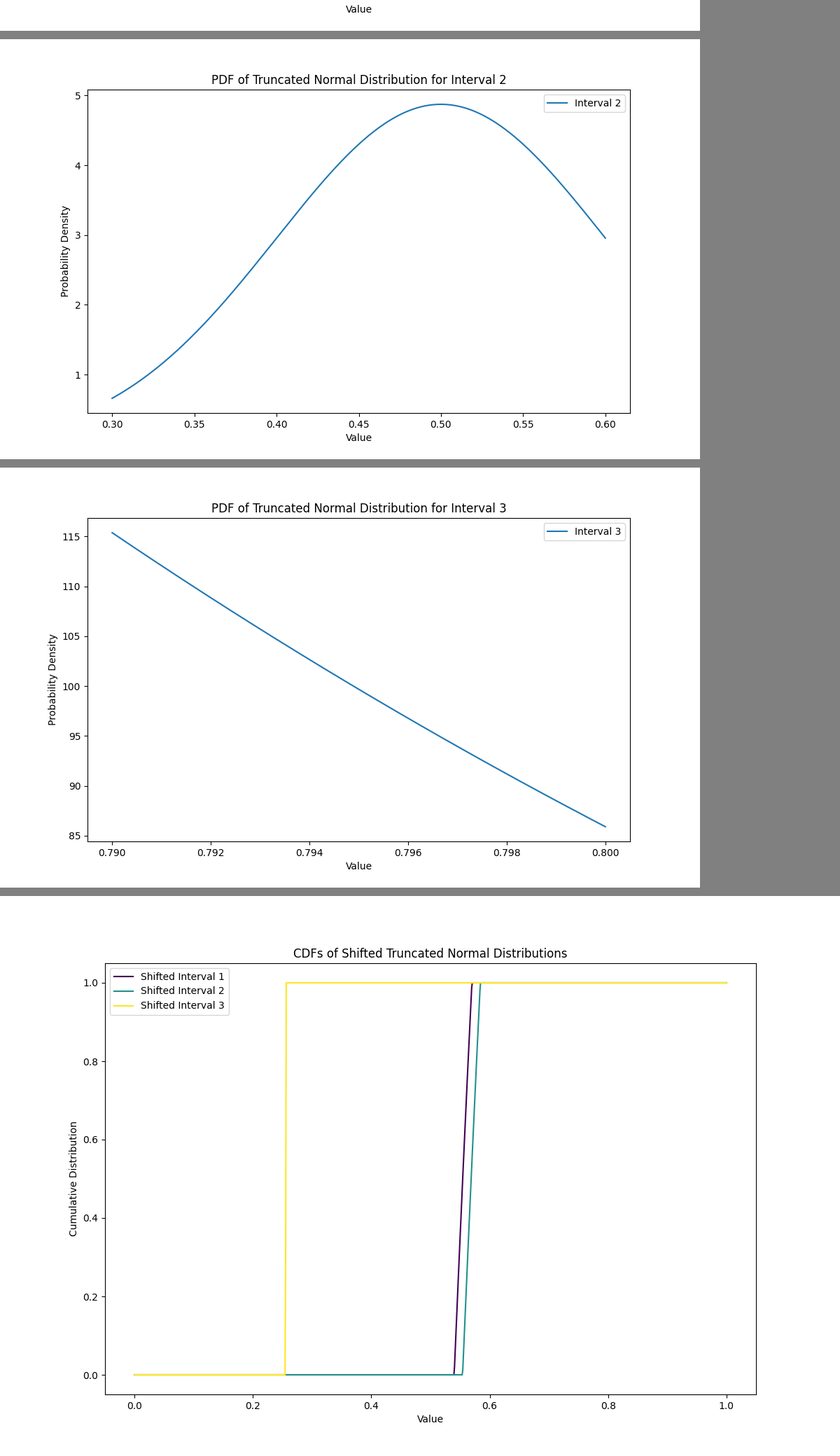
Repository: KrystofM/stealing-part-lm-supplementary-plaid
Script's output: python optimize_logit_queries/askers/some_one_over_n_copy.py
An editor plug-in stored every save of this project. The script's output is shown before and after the next save, followed by the edit.
The pictures show rows 556 to 2636 of an output 2636 px tall, at 70% of full size.
Each picture stacks the figures in order, with grey between them; figures that are only written to a file come last. Random numbers start from a fixed seed.

Above is the script's output before, as saved 2024-06-20 16:30:05.

### optimize_logit_queries/askers/some_one_over_n_copy.py
import numpy as np
import scipy.integrate as integrate
from scipy.stats import truncnorm

def sample_truncated_normal(l_i, h_i, n, mean, std):
    # Create the truncated normal distribution
    dist = truncnorm((l_i - mean) / std, (h_i - mean) / std, loc=mean, scale=std)

    # Sample n many samples from the truncated normal distribution
    samples = dist.rvs(size=n)

    return samples

# Vectorized version
# P(P_i + r_i < P_n) = (1/n)^(1/(n-1)
def calculate_product_d_vectorized(l_i, h_i, r_i, l_n, h_n, mu, sigma):
    tnormI = truncnorm((l_i - mu) / sigma, (h_i - mu) / sigma, loc=mu, scale=sigma)
    tnormN = truncnorm((l_n - mu) / sigma, (h_n - mu) / sigma, loc=mu, scale=sigma)

    y_values = np.linspace(l_n, h_n, 10000)  # Adjust the number of points for accuracy/speed trade-off
    tnormN_pdf = tnormN.pdf(y_values)
    cdf_values = tnormI.cdf(y_values - r_i)
    min_max_values = np.minimum(np.maximum(cdf_values, 0), 1)
    integrand_values = min_max_values * tnormN_pdf
    integral = np.trapz(integrand_values, y_values)  # Use trapezoidal rule for integration

    return integral

def find_r_i(l_i, h_i, l_n, h_n, mu, sigma, n):
    lower_bound = l_n - h_i
    upper_bound = h_n - l_i
    r_i = None
    min_diff = float('inf')
    min_r_i = None
    precision = 100
    for r in range(precision):
        r_i = lower_bound + (upper_bound - lower_bound) * r / precision
        diff = abs(calculate_product_d_vectorized(l_i, h_i, r_i, l_n, h_n, mu, sigma) - (1/n)**(1/(n-1)))
        if diff < min_diff:
            min_diff = diff
            min_r_i = r_i
    return min_r_i, min_diff

# Binary search to find r_i such that G(r_i) = 1/n
# tolerance = 1e-3
mu = 0.5
sigma = 0.1
low = [0.4, 0.3, 0.79]
high = [0.7, 0.6, 0.8]
# low = [0.3, 0.8, 0.999]
# high = [0.4, 0.9, 1]
n=len(low)

# fix some low[i] and high[i] and find all r_j j!=i
i=0
l_n = low[i]
h_n = high[i]
r_values = [0]*n
for j in range(n):
    if j != i:
        l_i = low[j]
        h_i = high[j]
        min_r_i, min_diff = find_r_i(l_i, h_i, l_n, h_n, mu, sigma, n)
        print(f"best value of r_i: {min_r_i}")
        print(f"best diff: {min_diff}")
        r_values[j] = min_r_i
print(r_values)

###### TESTING ########

def err(probabilities):
    # list of 1/n values
    correct = np.full(len(probabilities), 1/len(probabilities))
    # l2 norm of the difference between the correct values and the observed values
    return np.linalg.norm(correct - probabilities)

num_samples = 100000
# Initialize counts
max_indexes = np.zeros(n)
baseline_max_indexes = np.zeros(n)

# Sample all at once
samples = np.array([sample_truncated_normal(low[j], high[j], num_samples, mu, sigma) for j in range(n)])
print(samples.shape)

# calculate how many times is

# Fraction of time each i (n) is bigger than j + r_values[j] ~~ should be (1/n)^(1/(n-1))
proportion = np.mean(samples + np.array(r_values)[:, None] < samples[i], axis=1)
print("Proportion: i > j + r_j")
print(proportion)

# Calculate max values for baseline and optimized
baseline_max_values = np.max(samples, axis=0)
max_values = np.max(samples + np.array(r_values)[:, None], axis=0)

# Determine max indexes
baseline_max_indexes = np.argmax(samples, axis=0)
max_indexes = np.argmax(samples + np.array(r_values)[:, None], axis=0)
print(max_indexes.shape)
print(max_indexes[:10])

# Count occurrences
baseline_counts = np.bincount(baseline_max_indexes, minlength=n)
max_counts = np.bincount(max_indexes, minlength=n)
print(max_counts)

# Normalize counts to probabilities
baseline_probabilities = baseline_counts / num_samples
max_probabilities = max_counts / num_samples

print("Baseline")
print(err(baseline_probabilities))
print(baseline_probabilities)

print("Optimized")
print(err(max_probabilities))
print(max_probabilities)



# plot the pdf of the truncated normal distribution for each interval in separate plots
import matplotlib.pyplot as plt
for i in range(n):
    plt.figure(figsize=(10, 6))
    x = np.linspace(low[i], high[i], 1000)
    dist = truncnorm((low[i] - mu) / sigma, (high[i] - mu) / sigma, loc=mu, scale=sigma)
    plt.plot(x, dist.pdf(x), label=f'Interval {i+1}')
    plt.xlabel('Value')
    plt.ylabel('Probability Density')
    plt.title(f'PDF of Truncated Normal Distribution for Interval {i+1}')
    plt.legend()
    plt.show()

# plot the cdfs of the shifted truncated normal distributions over each other
plt.figure(figsize=(12, 8))
colors = plt.cm.viridis(np.linspace(0, 1, n))
for i in range(n):
    # Adjust the range of x to cover the shifted distribution adequately
    x_min = 0  # Extend the range to cover more of the tail
    x_max = 1
    x = np.linspace(x_min, x_max, 1000)
    shifted_dist = truncnorm(low[i]+ r_values[i], high[i]+ r_values[i], loc=mu + r_values[i], scale=sigma)
    plt.plot(x, shifted_dist.cdf(x), color=colors[i], label=f'Shifted Interval {i+1}')
plt.xlabel('Value')
plt.ylabel('Cumulative Distribution')
plt.title('CDFs of Shifted Truncated Normal Distributions')
plt.legend()
plt.show()

After the next save:
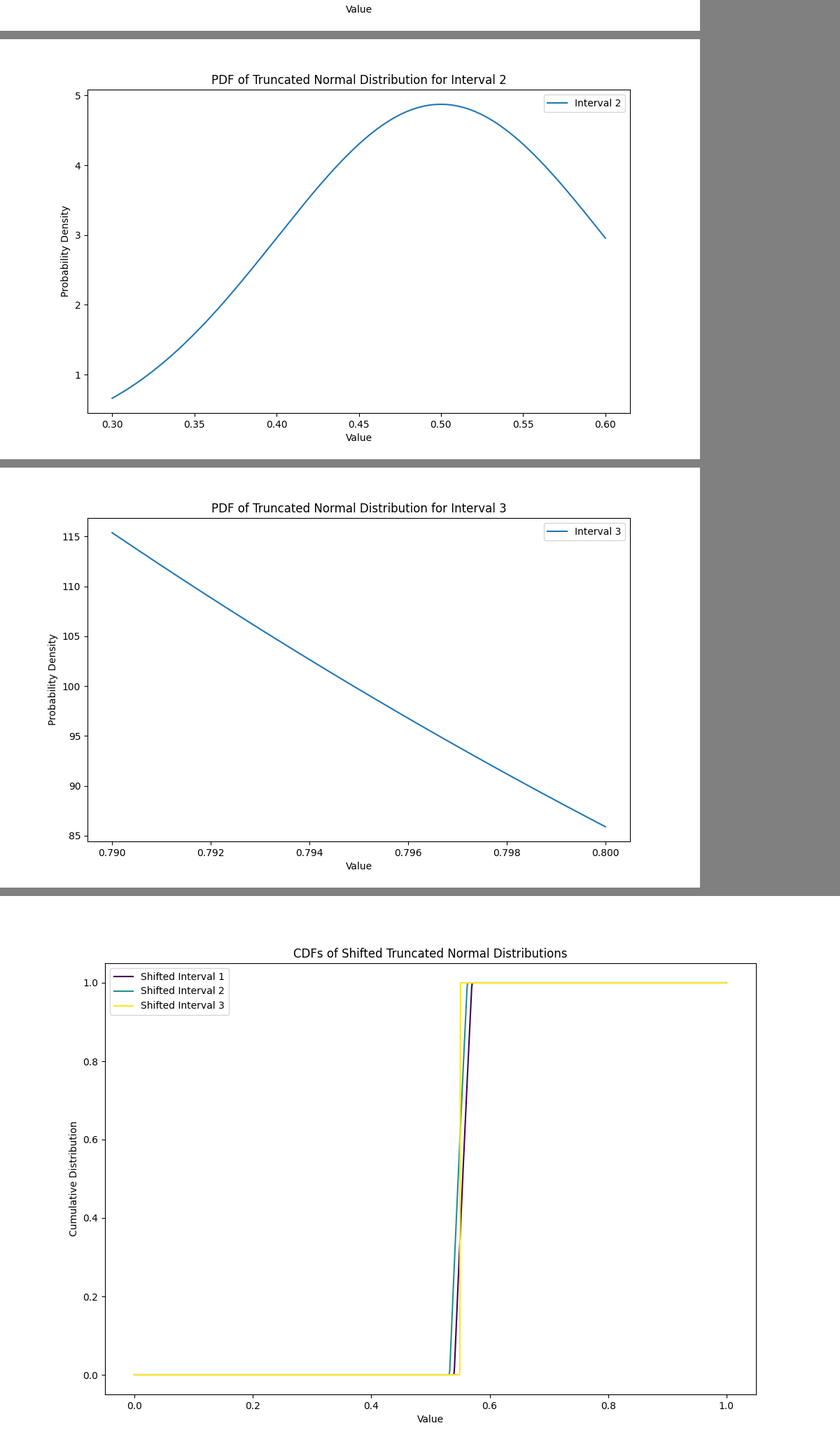
Saved 19 min 52 s later.
--- a/optimize_logit_queries/askers/some_one_over_n_copy.py
+++ b/optimize_logit_queries/askers/some_one_over_n_copy.py
@@ -140,7 +140,7 @@ for i in range(n):
     x_min = 0  # Extend the range to cover more of the tail
     x_max = 1
     x = np.linspace(x_min, x_max, 1000)
-    shifted_dist = truncnorm(low[i]+ r_values[i], high[i]+ r_values[i], loc=mu + r_values[i], scale=sigma)
+    shifted_dist = truncnorm(low[i]+ r_values[i], high[i]+ r_values[i], loc=mu, scale=sigma)
     plt.plot(x, shifted_dist.cdf(x), color=colors[i], label=f'Shifted Interval {i+1}')
 plt.xlabel('Value')
 plt.ylabel('Cumulative Distribution')
